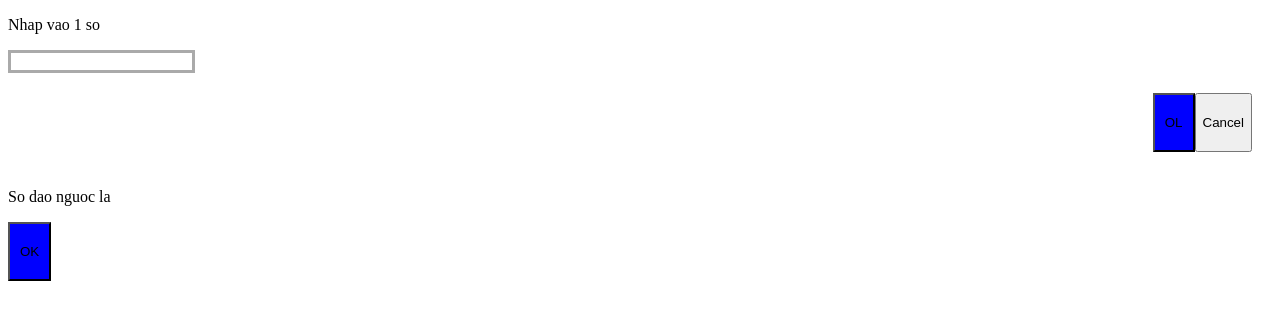
Repository: lhggiang/Sodaonguoc
Page: index.html
The author's editor kept a copy of each file at every save. The page is drawn from the files as they stood at one save, then again after the next save.
The browser window is 1280 px wide. The pictures show the whole page.

Above is the page before, as saved 2023-05-19 06:53:11.

### index.html
<!DOCTYPE html>
<html lang="en">

<head>
    <meta charset="UTF-8">
    <meta http-equiv="X-UA-Compatible" content="IE=edge">
    <meta name="viewport" content="width=device-width, initial-scale=1.0">
    <link rel="stylesheet" href="./style.css">
    <title>Document</title>
</head>

<body>
    <div class="sodaonguoc">
        <p>Nhap vao 1 so</p>
        <input type="number" id="num">
        <div class="btn">
            <button id="yes" class="ok">OL</button>
            <button>Cancel</button>
        </div>
        <p>So dao nguoc la <span id="result"></span></p>
        <button class="ok">OK</button>
    </div>

    <script src="./javascript.js"></script>
</body>

</html>

### style.css
#num {
  border: 3px solid #aaa;
}

.btn {
  display: flex;
  justify-content: flex-end;
  padding: 20px;
}

.ok {
  background: blue;
  padding: 20px 10px;
}

### javascript.js
//So dao nguoc
//C1:
document.getElementById("yes").onclick = function () {
  let num = parseInt(document.getElementById("num").value);
  let res = 0;
  while (num > 0) {
    res = res * 10 + (num % 10);
    num = parseInt(num / 10);
  }
  let result = document.getElementById("result");
  result.innerHTML = res;
};

After the next save:
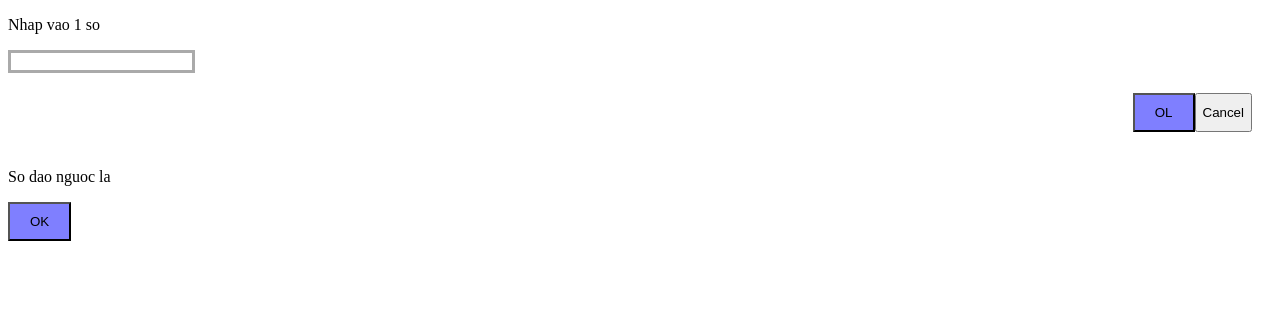
Saved 30 s later.
--- a/style.css
+++ b/style.css
@@ -9,6 +9,6 @@
 }
 
 .ok {
-  background: blue;
-  padding: 20px 10px;
+  background: rgba(0, 0, 255, 0.5);
+  padding: 10px 20px;
 }
